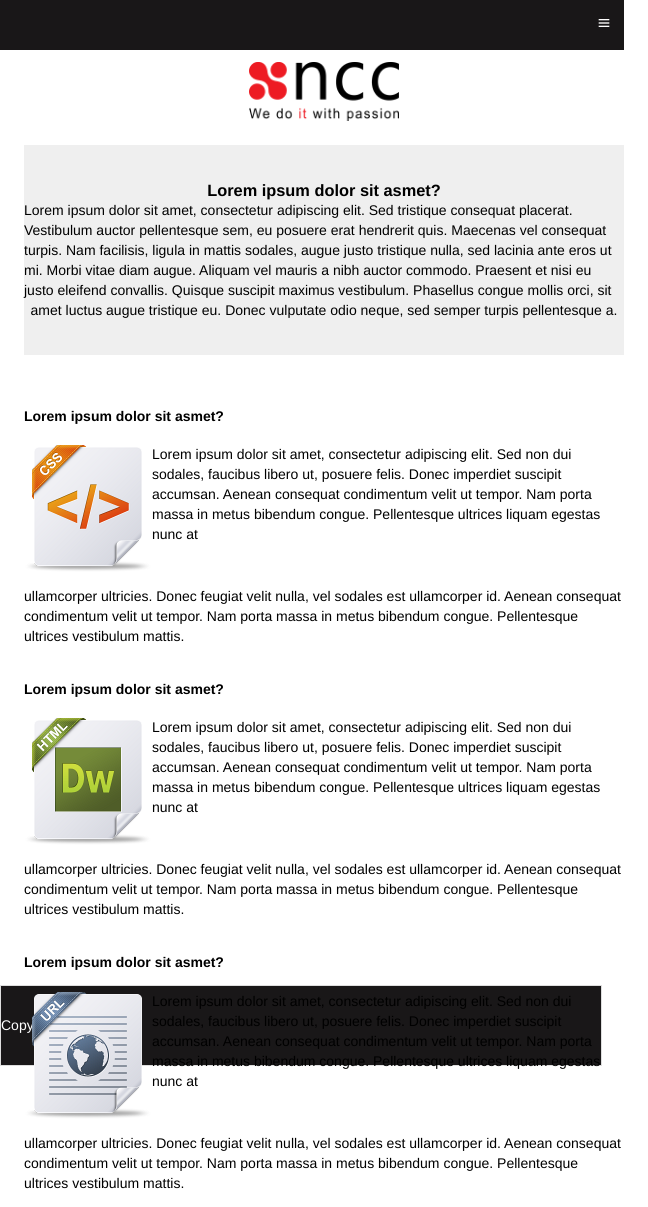
Repository: HoanTiny/ncc
Page: index.html
An editor plug-in stored every save of this project. The page is shown before and after the next save, followed by the edit.
The browser window is 600 px wide. The page is 648 px wide, so the pictures cover 648 px, including what lies to the right of the window. The pictures show the whole page.

Above is the page before, as saved 2023-03-30 21:25:36.

### index.html
<!DOCTYPE html>
<html lang="en">
    <head>
        <meta charset="UTF-8" />
        <meta http-equiv="X-UA-Compatible" content="IE=edge" />
        <meta name="viewport" content="width=device-width, initial-scale=1.0" />
        <title>NCC Test</title>
        <link rel="stylesheet" href="./style.css" />
        <link
            href="https://unpkg.com/boxicons@2.1.4/css/boxicons.min.css"
            rel="stylesheet"
        />
    </head>
    <body>
        <div class="container">
            <div class="sidebar">
                <div class="sidebar_icon"><i class="bx bx-menu"></i></div>
                <ul>
                    <li><a href="">Home</a></li>
                    <li><a href="">Services</a></li>
                    <li><a href="">News</a></li>
                    <li><a href="">Blog</a></li>
                    <li><a href="">Contact</a></li>
                </ul>
            </div>
            <div class="content">
                <div class="content_logo">
                    <img src="./logoNCC 1.png" alt="" />
                </div>
                <div class="content_text">
                    <h3>Lorem ipsum dolor sit asmet?</h3>
                    <p>
                        Lorem ipsum dolor sit amet, consectetur adipiscing elit.
                        Sed tristique consequat placerat. Vestibulum auctor
                        pellentesque sem, eu posuere erat hendrerit quis.
                        Maecenas vel consequat turpis. Nam facilisis, ligula in
                        mattis sodales, augue justo tristique nulla, sed lacinia
                        ante eros ut mi. Morbi vitae diam augue. Aliquam vel
                        mauris a nibh auctor commodo. Praesent et nisi eu justo
                        eleifend convallis. Quisque suscipit maximus vestibulum.
                        Phasellus congue mollis orci, sit amet luctus augue
                        tristique eu. Donec vulputate odio neque, sed semper
                        turpis pellentesque a.
                    </p>
                </div>
                <div class="content_main">
                    <div class="content_main_g1">
                        <h4>Lorem ipsum dolor sit asmet?</h4>
                        <div class="content_main_g1_textimg">
                            <img src="./css-icon 1.png" alt="" />
                            <span
                                >Lorem ipsum dolor sit amet, consectetur
                                adipiscing elit. Sed non dui sodales, faucibus
                                libero ut, posuere felis. Donec imperdiet
                                suscipit accumsan. Aenean consequat condimentum
                                velit ut tempor. Nam porta massa in metus
                                bibendum congue. Pellentesque ultrices liquam
                                egestas nunc at
                            </span>
                        </div>
                        <p>
                            ullamcorper ultricies. Donec feugiat velit nulla,
                            vel sodales est ullamcorper id. Aenean consequat
                            condimentum velit ut tempor. Nam porta massa in
                            metus bibendum congue. Pellentesque ultrices
                            vestibulum mattis.
                        </p>
                    </div>
                    <div class="content_main_g1">
                        <h4>Lorem ipsum dolor sit asmet?</h4>
                        <div class="content_main_g1_textimg">
                            <img src="./html-icon 1.png" alt="" />
                            <span
                                >Lorem ipsum dolor sit amet, consectetur
                                adipiscing elit. Sed non dui sodales, faucibus
                                libero ut, posuere felis. Donec imperdiet
                                suscipit accumsan. Aenean consequat condimentum
                                velit ut tempor. Nam porta massa in metus
                                bibendum congue. Pellentesque ultrices liquam
                                egestas nunc at
                            </span>
                        </div>
                        <p>
                            ullamcorper ultricies. Donec feugiat velit nulla,
                            vel sodales est ullamcorper id. Aenean consequat
                            condimentum velit ut tempor. Nam porta massa in
                            metus bibendum congue. Pellentesque ultrices
                            vestibulum mattis.
                        </p>
                    </div>
                    <div class="content_main_g1">
                        <h4>Lorem ipsum dolor sit asmet?</h4>
                        <div class="content_main_g1_textimg">
                            <img src="./url-icon 1.png" alt="" />
                            <span
                                >Lorem ipsum dolor sit amet, consectetur
                                adipiscing elit. Sed non dui sodales, faucibus
                                libero ut, posuere felis. Donec imperdiet
                                suscipit accumsan. Aenean consequat condimentum
                                velit ut tempor. Nam porta massa in metus
                                bibendum congue. Pellentesque ultrices liquam
                                egestas nunc at
                            </span>
                        </div>
                        <p>
                            ullamcorper ultricies. Donec feugiat velit nulla,
                            vel sodales est ullamcorper id. Aenean consequat
                            condimentum velit ut tempor. Nam porta massa in
                            metus bibendum congue. Pellentesque ultrices
                            vestibulum mattis.
                        </p>
                    </div>
                </div>
            </div>
            <div class="footer">
                <div class="footer_logo">Copyright © 2021</div>
            </div>
        </div>
    </body>
</html>

### style.css
html {
    font-family: "Helvetica Neue", Helvetica, Arial, sans-serif;
    font-size: 14px;
    line-height: 20px;
    margin: 0;
    padding: 0;
}

body {
    margin: 0;
}

.container {
    display: flex;
    width: 1918px;
    min-height: 935px;
    position: relative;
}

.sidebar {
    background-color: #191718;
    width: 150px;
    height: 935px;
}

.sidebar ul {
    list-style-type: none;
    padding: 0;
    height: 44px;
    margin: 0;
}

.sidebar ul li {
    border-bottom: 1px solid #333;
    height: 44px;
    line-height: 44px;
}

.sidebar ul li:hover {
    background-color: #5c5c5c;
}

.sidebar ul li:hover a {
    color: #fff;
}

.sidebar ul li a {
    padding: 10px;
    margin: 0;
    width: 150px;
    height: 44px;
    color: #aaaaaa;
    top: 19px;
    left: 16px;
    text-decoration: none;
}

.content {
    width: 1768px;
    height: 935px;
    margin: 0 150px;
    position: relative;
}

.content_logo {
    display: flex;
    width: 100%;
    justify-content: center;
    margin-top: 12px;
}

.content_text {
    display: flex;
    width: 100%;
    justify-content: center;
    flex-direction: column;
    align-items: center;
    background-color: #efefef;
    height: 210px;
    /* margin: 0 279px; */
    margin-top: 24px;
}

.content_text p,
.content_text h3 {
    margin: 0 279px;
}

.content_text p {
    margin-top: 12px;
    text-align-last: center;
}

.content_main {
    display: flex;
    width: 100%;
    margin-top: 32px;
}

.content_main_g1 {
    display: flex;
    width: 100%;
    flex-direction: column;
}

.content_main_g1_textimg {
    display: flex;
}

.footer {
    position: absolute;
    bottom: 0;
    width: 100%;
    height: 79px;
    left: 150px;
    line-height: 79px;
    border: 1px solid #dedede;
    margin: 0;
}

@media screen and (max-width: 1920px) {
    .container {
        width: 100%;
    }
}
@media (max-width: 765px) {
    .hiden-desktop {
        display: none;
    }

    .container {
        width: 100%;
        display: flex;
        flex-direction: column;
        height: 100px;
    }

    .sidebar {
        width: 100%;
        height: 50px;
        display: flex;
        align-items: center;
        justify-content: flex-end;
        padding: 0 12px;
        position: fixed;
        top: 0;
        right: 0;
        left: 0;
        margin-bottom: 50px;
        z-index: 1;
    }

    .sidebar ul {
        display: none;
    }

    .sidebar_icon {
        color: #fff;
        font-size: 16px;
        text-align: right;
    }

    .content {
        width: 100%;
        margin: 0;
        padding: 0 24px;
        margin-top: 50px;
    }

    .content_main {
        flex-direction: column;
    }

    .content_text p,
    .content_text h3 {
        margin: 0;
    }

    .content_logo img {
        width: 150px;
    }

    .footer {
        position: unset;
        background-color: #191718;
        color: #fff;
        /* bottom: 0;
        width: 100%;
        height: 79px;
        left: 150px;
        line-height: 79px;
        border: 1px solid #dedede;
        margin: 0; */
    }
}

After the next save:
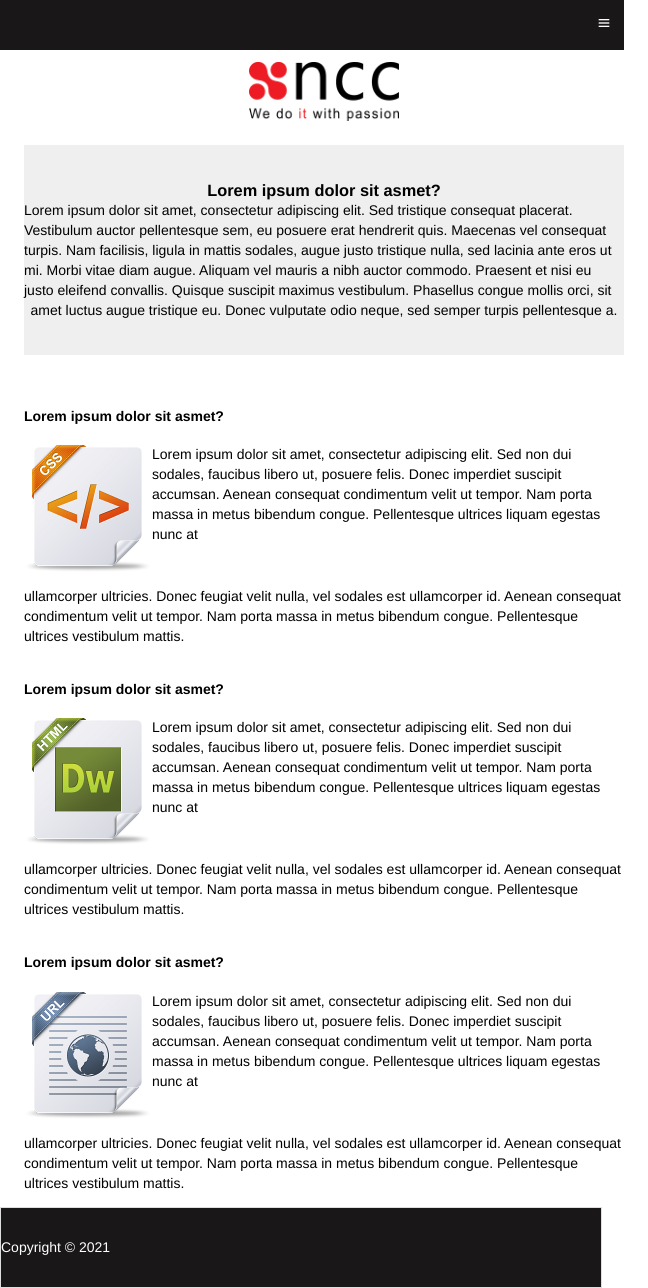
Saved 41 s later.
--- a/style.css
+++ b/style.css
@@ -57,7 +57,6 @@
 
 .content {
     width: 1768px;
-    height: 935px;
     margin: 0 150px;
     position: relative;
 }
@@ -132,7 +131,6 @@
         width: 100%;
         display: flex;
         flex-direction: column;
-        height: 100px;
     }
 
     .sidebar {
